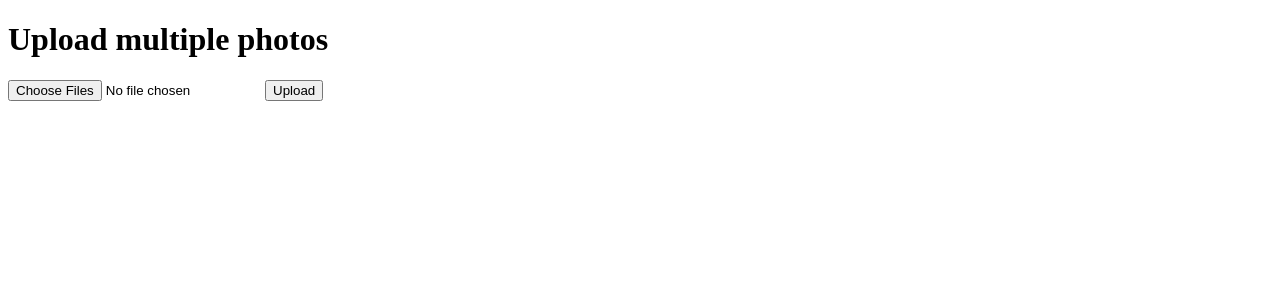
Repository: Mesablip/Mesablip.github.io
Page: http://localhost/
An editor plug-in stored every save of this project. The page is shown before and after a run of saves, followed by the edit.
The browser window is 1280 px wide. The pictures show the whole page.
The page is served by the project's application, run on Flask 3 (backend.py).

Above is the page before, as saved 2023-09-04 23:00:27.

### templates/frontend.html
<!DOCTYPE html>
<html>
<head>
  <title>Photo Upload</title>
</head>
<body>

<h1>Upload multiple photos</h1>

<form enctype="multipart/form-data" action="" method="post" id="upload-form">
  <!<input type="text" id="user-id" placeholder="Enter your ID">
  <input type="file" name="photos" multiple id="photos-input">
  <input type="button" value="Upload" onclick="uploadPhotos()">
</form>

<script>
  async function uploadPhotos() {
    const input = document.getElementById('photos-input');
    const files = input.files;
    const formData = new FormData();
    //const userID = document.getElementById('user-id').value;

    for (let i = 0; i < files.length; i++) {
      formData.append('photos', files[i]);
    }

    //formData.append('user_id', userId);

    const response = await fetch('http://localhost:5000/upload', {
      method: 'POST',
      body: formData
    });

    const data = await response.json();
    console.log(data);
  }
</script>

</body>
</html>

### backend.py
from flask import Flask, render_template, request, jsonify
from PIL import Image, ImageOps
import io
import json
import requests

app = Flask(__name__)

@app.route('/')
def index():
    return render_template('frontend.html')

@app.route('/upload', methods=['POST'])
def upload_file():
    #user_id = request.form.get('user_id')
    uploaded_files = request.files.getlist('photos')

    for file in uploaded_files:
        # Convert the uploaded file to a PIL Image object
        image = Image.open(io.BytesIO(file.read()))

        # Perform the image transformations here
        fixed_image = ImageOps.exif_transpose(image)

        byte_arr = io.BytesIO()

        fixed_image.save(byte_arr, format='JPEG')
        byte_arr.seek(0)

        files = {"backgroundPicture": ("279EF96B-957C-4E96-BF86-273586D3B112.JPG", byte_arr, "image/jpeg")}
        json.loads(requests.get('https://scorestream.com/api?request=%7B%22method%22:%22games.posts.add%22,%22params%22:%7B%22accessToken%22:%22c929b8f0-6ee9-4bad-ab7c-e63591eab062%22,%22gameId%22:4689103,%22userText%22:%22Hey%22%7D%7D', files=files).text)
    return jsonify({"message": "Files processed successfully"}), 200

if __name__ == '__main__':
    app.run(debug=True)

After the next 2 saves:
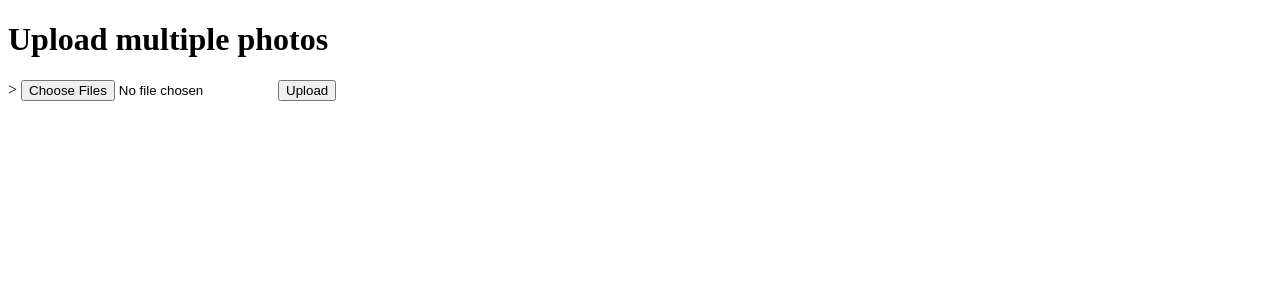
The 2 saves are shown as one change because they came seconds apart.
The last was saved 8 s later.
--- a/templates/frontend.html
+++ b/templates/frontend.html
@@ -8,7 +8,7 @@
 <h1>Upload multiple photos</h1>
 
 <form enctype="multipart/form-data" action="" method="post" id="upload-form">
-  <!<input type="text" id="user-id" placeholder="Enter your ID">
+  <! <input type="text" id="user-id" placeholder="Enter your ID"> >
   <input type="file" name="photos" multiple id="photos-input">
   <input type="button" value="Upload" onclick="uploadPhotos()">
 </form>
